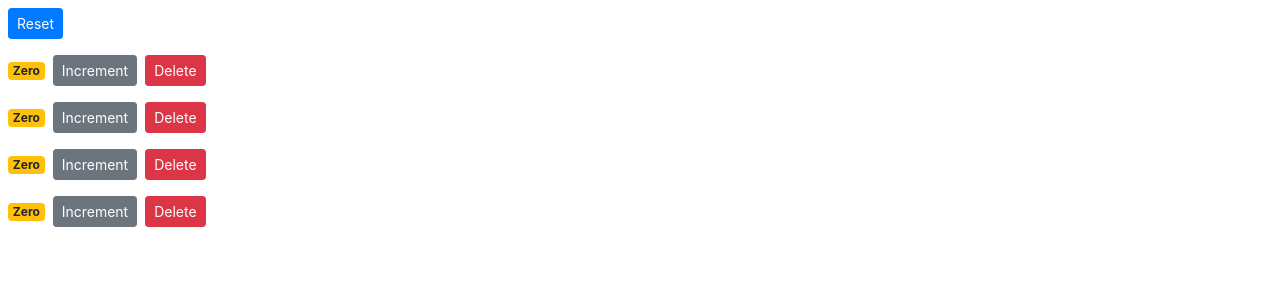
Repository: smk87/First-React-App
Page: /
An editor plug-in stored every save of this project. The page is shown before and after the next save, followed by the edit.
The browser window is 1280 px wide. The pictures show the whole page.
The project was rebuilt for these pictures with package versions that can differ from the ones it lists, and the page was loaded fresh each time. Also part of the build but not shown: src/App.css, src/App.js.

Above is the page before, as saved 2019-01-05 18:39:50.

After the next save:
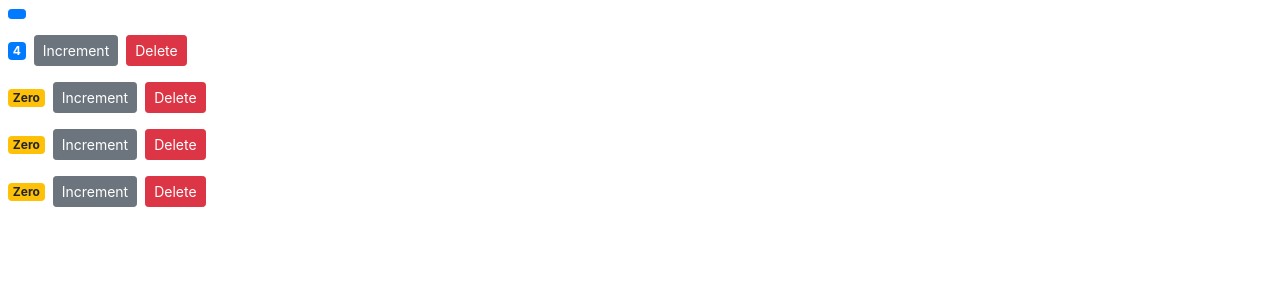
Saved 43 s later.
--- a/src/components/counters.jsx
+++ b/src/components/counters.jsx
@@ -16,22 +16,10 @@ class Counters extends Component {
     this.setState({ counters });
   };
 
-  handleReset = () => {
-    const counters = this.state.counters.map(c => {
-      c.value = 0;
-      return c;
-    });
-  };
-
   render() {
     return (
       <div>
-        <button
-          onClick={this.handleReset()}
-          className="btn btn-primary btn-sm m-2"
-        >
-          Reset
-        </button>
+        <button className="btn btn-primary btn-sm m-2" />
         {this.state.counters.map(counter => (
           <Counter
             onDelete={this.handleDelete}
